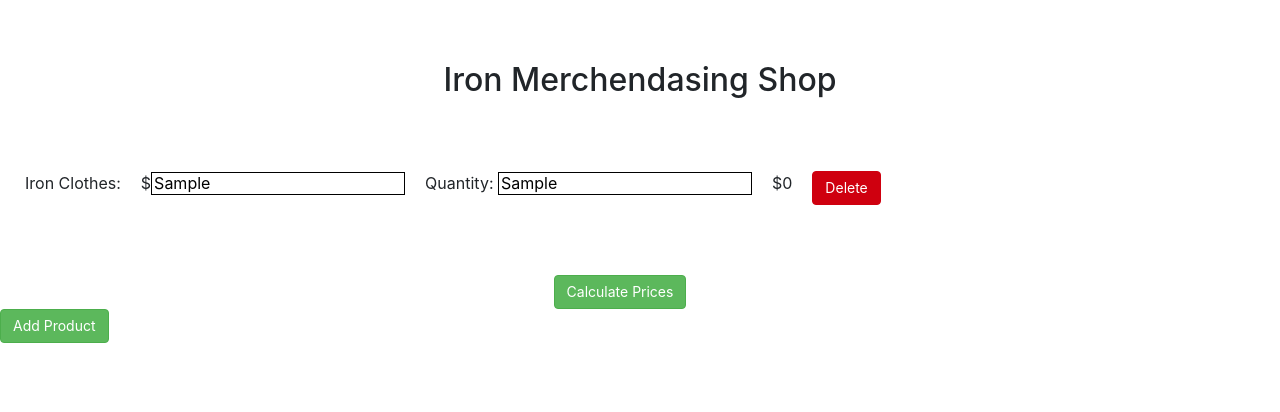
Repository: konstantin0s/lab-cart-DOM
Page: index.html
An editor plug-in stored every save of this project. The page is shown before and after the next save, followed by the edit.
The browser window is 1280 px wide. The pictures show the whole page.
Empty fields were first filled with sample values (such as "Sample", 5 or name@example.com).
After loading, the first visible `#addExtra` was clicked once.
Some web libraries are served in a nearby version.

Above is the page before, as saved 2019-02-01 23:27:54.
Console error: TypeError: Cannot set properties of null (setting 'onclick')

### index.html
<!DOCTYPE html>
<html lang="en">
<head>
  <meta charset="UTF-8">
  <meta name="viewport" content="width=device-width, initial-scale=1.0">
  <meta http-equiv="X-UA-Compatible" content="ie=edge">
  <link rel="stylesheet" href="https://stackpath.bootstrapcdn.com/bootstrap/4.2.1/css/bootstrap.min.css">
  <link rel="stylesheet" href="https://cdnjs.cloudflare.com/ajax/libs/normalize/5.0.0/normalize.min.css">
  <link rel="stylesheet" href="./css/style.css">
  <title>Ironhack cart</title>
</head>

<body>
  <h1  class="title">Iron Merchendasing Shop</h1>
  <div class="container">
    <div class="product">
      <span class="proName">
      Iron Clothes:
      </span>
    </div>
    <div class="cost">
      <!-- <span class="costUnit">
          30
      </span> -->
      <label for="cost">
          $<input type="text" placeholder="30" id="costUnit">
      </label>
    </div>
    <div class="input">
      <label for="unit">
         Quantity:
      </label>
      <input type="text" placeholder="Add Quantity" id="quantity">
    </div>
    <!-- <p class="result">

    </p>   -->

    <div class="totalP">
      <span class="price">
        $0
      </span>
    </div>

    <div class="remove">
      <button class="button btn-delete" type="button">Delete</button>
    </div>
  </div>

    <div class="calculate">
      <button type="button" class="button btn-success" id="calc-prices-button">Calculate Prices</button>
    </div>

    <div class="addProduct">
      <button type="button" class="button btn-success" id="addExtra">Add Product</button>
    </div>


      <script type="text/javascript" src="./js/index.js"></script>

</body>
</html>

### css/style.css

body{
  background-color: rgb(red, green, blue)
}

.title {
  text-align: center;
  padding: 40px;
}

.container {
  display: flex;
  margin-right: 230px;
}

input {
  border: solid 1px black;
}

.button {
  display: inline-block;
  padding: 6px 12px;
  margin-bottom: 0;
  font-size: 14px;
  font-weight: 400;
  line-height: 1.42857143;
  text-align: center;
  white-space: nowrap;
  vertical-align: middle;
  -ms-touch-action: manipulation;
  touch-action: manipulation;
  cursor: pointer;
  -webkit-user-select: none;
  -moz-user-select: none;
  -ms-user-select: none;
  user-select: none;
  background-image: none;
  border: 1px solid transparent;
  border-radius: 4px;
}

.btn-success {
    color: #fff;
    background-color: #5cb85c;
    border-color: #4cae4c;
}

.product {
  margin: 10px;

}

.cost {
  margin: 10px;

}

.input {
  margin: 10px;
}

.totalP {
  margin: 10px;
}

.calculate {
  display: flex;
  flex-direction: column;
  align-items: center;
  margin-top: 60px;
  margin-left: -40px;
}

.remove {
  margin: 10px;
}

.btn-delete {
    color: #fff;
    background-color: #CF000F;
    border-color: #CF000F;
}

.quantity {
  margin: 0px 5px;
  height: 30px;
}

.result {
  position: relative;
  top: 30px;
  width: 300px;
  height: 300px;
}

### js/index.js


  document.getElementById("calc-prices-button").addEventListener("click", getTotalPrice);
  document.getElementById("addExtra").addEventListener("click", createNewItem);

//         var clickedElement = event.target;
//         var parentElement = event.target.parentElement;

//         Retrieves the unit price of the product
// Retrieves the quantity of items desired
// Calculates the total price based on this data
// Updates the total price in the DOM
// getPriceByProduct();




function deleteItem(e){

}

function getPriceByProduct(itemNode){

}


function updatePriceByProduct(productPrice, index){

}

function getTotalPrice(result) {
   var getQuantity = parseInt(document.getElementById('costUnit').value);
   var getInput = parseFloat(document.getElementById('quantity').value);
   var result = getQuantity * getInput;

    if (!result) {
    document.getElementsByClassName("totalP")[0].innerHTML = "Please Enter Numbers";
  } else {
    document.getElementsByClassName("totalP")[0].innerHTML = "Total price is = $" + result;
  }
}

function createQuantityInput(){

}

function createDeleteButton(){

}

function createQuantityNode(){

}

function createItemNode(dataType, itemData){

}

function createNewItemRow(itemName, itemUnitPrice){

}

function createNewItem(){
  var para = document.createElement("P");                       // Create a <p> element
  var t = document.createTextNode("Sexy Shirt");      // Create a text node
  para.appendChild(t);                                          // Append the text to <p>
  document.getElementsByClassName("product").appendChild(para);
  // var add = document.getElementsByClassName('product')[0];
  // // console.log(add);
  // document.add.appendChild(appe);
}

window.onload = function(){
  var calculatePriceButton = document.getElementById('calc-prices-button');
  var createItemButton = document.getElementById('new-item-create');
  var deleteButtons = document.getElementsByClassName('btn-delete');

  calculatePriceButton.onclick = getTotalPrice;
  createItemButton.onclick = createNewItem;

  for(var i = 0; i<deleteButtons.length ; i++){
    deleteButtons[i].onclick = deleteItem;
  }
};

After the next save:
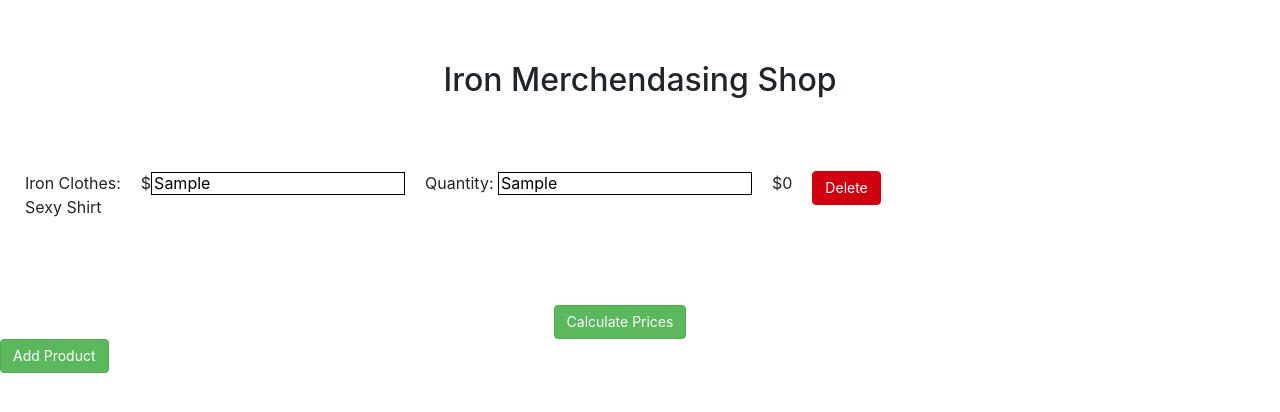
Saved 25 s later.
--- a/js/index.js
+++ b/js/index.js
@@ -64,7 +64,7 @@ function createNewItem(){
   var para = document.createElement("P");                       // Create a <p> element
   var t = document.createTextNode("Sexy Shirt");      // Create a text node
   para.appendChild(t);                                          // Append the text to <p>
-  document.getElementsByClassName("product").appendChild(para);
+  document.getElementsByClassName("product")[0].appendChild(para);
   // var add = document.getElementsByClassName('product')[0];
   // // console.log(add);
   // document.add.appendChild(appe);
